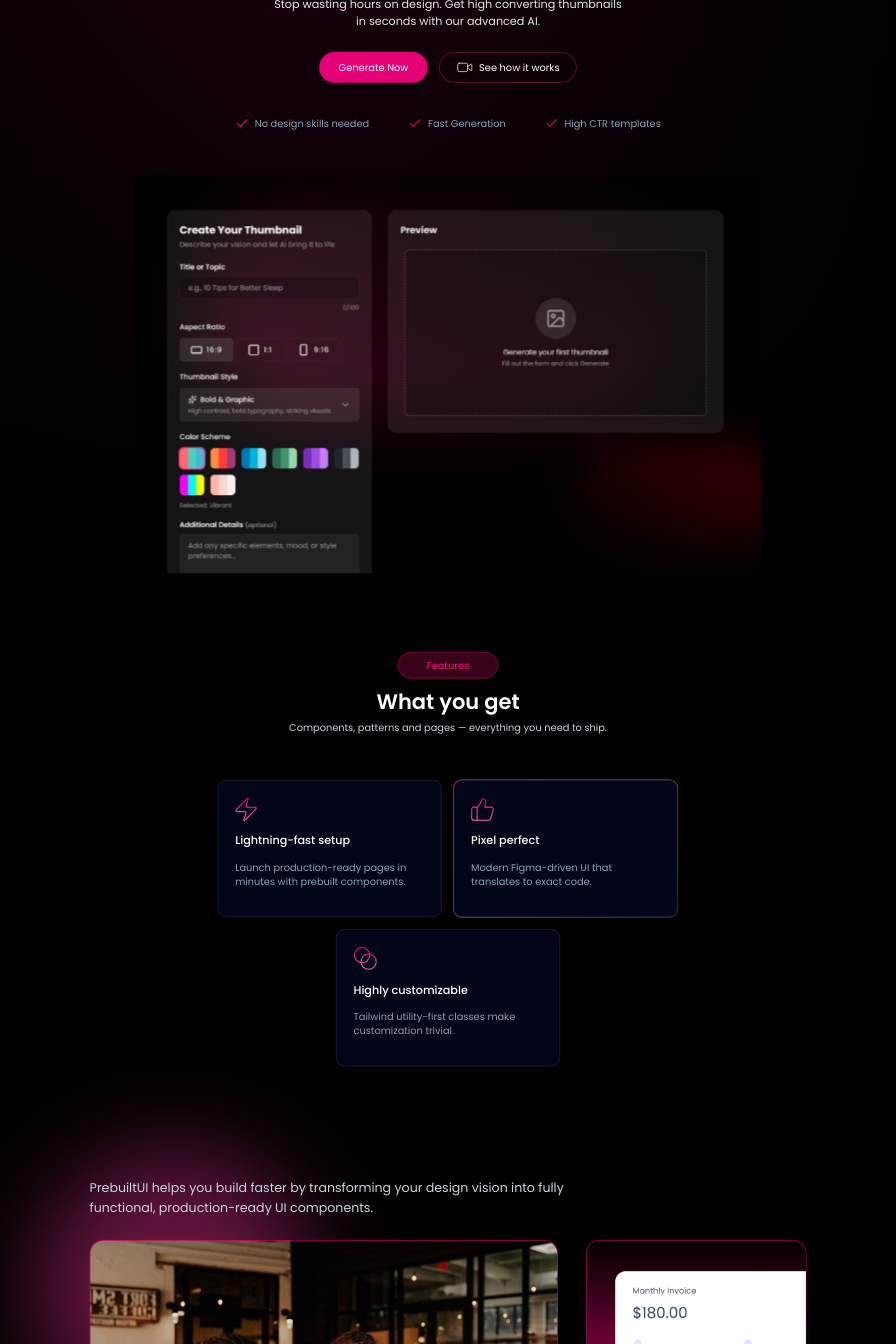
Repository: abhiraj33181/Thumblify
Page: / (app in client/)
These files come from the project's save history. The page is drawn as it stood at one moment and after the next save; the edit follows.
The browser window is 1280 px wide. The pictures show the part of the page from y = 406 to 2326 px (the page is 5447 px tall before and 5450 px after), at 70% of full size.
The project was rebuilt for these pictures with package versions that can differ from the ones it lists, and the page was loaded fresh each time. Also part of the build but not shown: client/vite.config.ts.

Above is the page before, as saved 2026-01-08 09:32:03.

### client/index.html
<!doctype html>
<html lang="en">

<head>
    <meta charset="UTF-8" />
    <link rel="icon" href="/favicon.svg" type="image/x-icon" />
    <meta name="viewport" content="width=device-width, initial-scale=1.0" />
    <title>Thumblify - AI Thumbnail Generator</title>
</head>

<body>
    <div id="root"></div>
    <script type="module" src="/src/main.jsx"></script>
</body>

</html>

### client/src/main.tsx
import { createRoot } from 'react-dom/client'
import App from './App.js'
import { BrowserRouter } from 'react-router-dom'

createRoot(document.getElementById('root')!).render(
    <BrowserRouter>
        <App />
    </BrowserRouter>,
)

### client/src/App.tsx
import { Route, Routes } from "react-router-dom";
import HomePage from "./pages/HomePage";
import Navbar from "./components/Navbar";
import Footer from "./components/Footer";
import "./globals.css";
import LenisScroll from "./components/LenisScroll";

export default function App() {
    return (
        <>
            <LenisScroll />
            <Navbar />
            <Routes>
                <Route path="/" element={<HomePage />} />
            </Routes>
            <Footer />
        </>
    );
}

### client/src/pages/HomePage.tsx
import HeroSection from "../sections/HeroSection";
import FeaturesSection from "../sections/FeaturesSection";
import TestimonialSection from "../sections/TestimonialSection";
import PricingSection from "../sections/PricingSection";
import ContactSection from "../sections/ContactSection";
import CTASection from "../sections/CTASection";

export default function HomePage() {
    return (
        <>
            <HeroSection />
            <FeaturesSection />
            <TestimonialSection />
            <PricingSection />
            <ContactSection />
            <CTASection />
        </>
    );
}

### client/src/components/Navbar.tsx
import { MenuIcon, XIcon } from "lucide-react";
import { useState } from "react";
import { motion } from "motion/react";
import { navlinks } from "../data/navlinks";
import type { INavLink } from "../types";
import { NavLink, Link, useNavigate } from "react-router-dom";

export default function Navbar() {
    const [isOpen, setIsOpen] = useState(false);
    const navigate = useNavigate()

    return (
        <>
            <motion.nav className="fixed top-0 z-50 flex items-center justify-between w-full py-4 px-6 md:px-16 lg:px-24 xl:px-32 backdrop-blur"
                initial={{ y: -100, opacity: 0 }}
                animate={{ y: 0, opacity: 1 }}
                viewport={{ once: true }}
                transition={{ type: "spring", stiffness: 250, damping: 70, mass: 1 }}
            >
                <Link to='/'>
                    <img src='/logo.svg' alt="logo" className="h-8.5 w-auto" />
                </Link>

                <div className="hidden md:flex items-center gap-8 transition duration-500">
                    <Link to='/' className="hover:text-pink-300 transition">Home</Link>
                    <Link to='/generate' className="hover:text-pink-300 transition">Generate</Link>
                    <Link to='/my-generate' className="hover:text-pink-300 transition">My Generation</Link>
                    <Link to='#' className="hover:text-pink-300 transition">Contact</Link>

                </div>

                <button onClick={() => navigate('/login')} className="hidden md:block px-6 py-2.5 bg-pink-600 hover:bg-pink-700 active:scale-95 transition-all rounded-full">
                    Get Started
                </button>
                <button onClick={() => setIsOpen(true)} className="md:hidden">
                    <MenuIcon size={26} className="active:scale-90 transition" />
                </button>
            </motion.nav>

            <div className={`fixed inset-0 z-100 bg-black/40 backdrop-blur flex flex-col items-center justify-center text-lg gap-8 md:hidden transition-transform duration-400 ${isOpen ? "translate-x-0" : "-translate-x-full"}`}>
                    <Link onClick={() => setIsOpen(false)} to='/' >Home</Link>
                    <Link onClick={() => setIsOpen(false)} to='/generate'>Generate</Link>
                    <Link onClick={() => setIsOpen(false)} to='/my-generate'>My Generation</Link>
                    <Link onClick={() => setIsOpen(false)} to='#'>Contact</Link>
                    <Link onClick={() => setIsOpen(false)} to='/login'>Login</Link>
                <button onClick={() => setIsOpen(false)} className="active:ring-3 active:ring-white aspect-square size-10 p-1 items-center justify-center bg-pink-600 hover:bg-pink-700 transition text-white rounded-md flex">
                    <XIcon />
                </button>
            </div>
        </>
    );
}

### client/src/globals.css
@import url('https://fonts.googleapis.com/css2?family=Poppins:ital,wght@0,100;0,200;0,300;0,400;0,500;0,600;0,700;0,800;0,900;1,100;1,200;1,300;1,400;1,500;1,600;1,700;1,800;1,900&display=swap');
@import "tailwindcss";

@theme {
    --font-poppins: "Poppins", sans-serif;
}

body {
    @apply bg-black text-white text-sm antialiased font-poppins;
}

body::selection {
    @apply bg-pink-600 text-white;
}

button {
    @apply cursor-pointer;
}

.move-gradient {
    background-image: linear-gradient(to right, var(--color-pink-500), var(--color-pink-300));
    background-size: 200% 100%;
    animation: movegradient 5s infinite;
}

@keyframes movegradient {
    0% {
        background-position: 0% 50%;
    }
    50% {
        background-position: 100% 50%;
    }
    100% {
        background-position: 0% 50%;
    }
}

### client/src/components/LenisScroll.tsx
import { useEffect } from "react";
import Lenis from "lenis";

export default function LenisScroll() {
    useEffect(() => {
        const lenis = new Lenis({
            duration: 1.2,
            smoothWheel: true,
            anchors: {
                offset: -100,
            },
        });

        const raf = (time: number) => {
            lenis.raf(time);
            requestAnimationFrame(raf);
        };

        requestAnimationFrame(raf);

        return () => {
            lenis.destroy();
        };
    }, []);

    return null;
}

### client/src/sections/TestimonialSection.tsx
import SectionTitle from "../components/SectionTitle";
import TestimonialCard from "../components/TestimonialCard";
import { testimonialsData } from "../data/testimonial";
import type { ITestimonial } from "../types";
import Marquee from "react-fast-marquee";

export default function TestimonialSection() {
    return (
        <div id="testimonials" className="px-4 md:px-16 lg:px-24 xl:px-32">
            <SectionTitle text1="Testimonials" text2="Don't just take our words" text3="Hear what our users say about us. We're always looking for ways to improve. If you have a positive experience with us, leave a review." />

            <Marquee className="max-w-5xl mx-auto mt-11" gradient={true} speed={25} gradientColor="#000">
                <div className="flex items-center justify-center py-5 overflow-hidden">
                    {[...testimonialsData, ...testimonialsData].map((testimonial: ITestimonial, index: number) => (
                        <TestimonialCard key={index} index={index} testimonial={testimonial} />
                    ))}
                </div>
            </Marquee>
            <Marquee className="max-w-5xl mx-auto" gradient={true} speed={25} direction="right" gradientColor="#000">
                <div className="flex items-center justify-center py-5 overflow-hidden">
                    {[...testimonialsData, ...testimonialsData].map((testimonial: ITestimonial, index: number) => (
                        <TestimonialCard key={index} index={index} testimonial={testimonial} />
                    ))}
                </div>
            </Marquee>

        </div>
    );
}

### client/src/sections/PricingSection.tsx
'use client'
import SectionTitle from "../components/SectionTitle"
import { pricingData } from "../data/pricing";
import type { IPricing } from "../types";
import { CheckIcon } from "lucide-react";
import { motion } from "motion/react";

export default function PricingSection() {
    return (
        <div id="pricing" className="px-4 md:px-16 lg:px-24 xl:px-32">
            <SectionTitle text1="Pricing" text2="Our Pricing Plans" text3="Flexible pricing options designed to meet your needs — whether you're just getting started or scaling up." />

            <div className="flex flex-wrap items-center justify-center gap-8 mt-20">
                {pricingData.map((plan: IPricing, index: number) => (
                    <motion.div key={index} className={`w-72 text-center border border-pink-950 p-6 pb-16 rounded-xl ${plan.mostPopular ? 'bg-pink-950 relative' : 'bg-pink-950/30'}`}
                        initial={{ y: 150, opacity: 0 }}
                        whileInView={{ y: 0, opacity: 1 }}
                        viewport={{ once: true }}
                        transition={{ delay: index * 0.15, type: "spring", stiffness: 320, damping: 70, mass: 1 }}
                    >
                        {plan.mostPopular && (
                            <p className="absolute px-3 text-sm -top-3.5 left-3.5 py-1 bg-pink-400 rounded-full">Most Popular</p>
                        )}
                        <p className="font-semibold">{plan.name}</p>
                        <h1 className="text-3xl font-semibold">${plan.price}<span className="text-gray-500 font-normal text-sm">/{plan.period}</span></h1>
                        <ul className="list-none text-slate-300 mt-6 space-y-2">
                            {plan.features.map((feature, index) => (
                                <li key={index} className="flex items-center gap-2">
                                    <CheckIcon className="size-4.5 text-pink-600" />
                                    <p>{feature}</p>
                                </li>
                            ))}
                        </ul>
                        <button type="button" className={`w-full py-2.5 rounded-md font-medium mt-7 transition-all ${plan.mostPopular ? 'bg-white text-pink-600 hover:bg-slate-200' : 'bg-pink-500 hover:bg-pink-600'}`}>
                            Get Started
                        </button>
                    </motion.div>
                ))}
            </div>
        </div>
    );
}

### client/src/sections/CTASection.tsx
'use client'
import { motion } from "motion/react";

export default function CTASection() {
    return (
        <motion.div className="max-w-5xl py-16 mt-40 md:pl-20 md:w-full max-md:mx-4 md:mx-auto flex flex-col md:flex-row max-md:gap-6 items-center justify-between text-left bg-linear-to-b from-pink-900 to-pink-950 rounded-2xl p-6 text-white"
            initial={{ y: 150, opacity: 0 }}
            whileInView={{ y: 0, opacity: 1 }}
            viewport={{ once: true }}
            transition={{ type: "spring", stiffness: 320, damping: 70, mass: 1 }}
        >
            <div>
                <motion.h1 className="text-4xl md:text-[46px] md:leading-15 font-semibold bg-linear-to-r from-white to-pink-400 text-transparent bg-clip-text"
                    initial={{ y: 80, opacity: 0 }}
                    whileInView={{ y: 0, opacity: 1 }}
                    viewport={{ once: true }}
                    transition={{ type: "spring", stiffness: 280, damping: 70, mass: 1 }}
                >
                    Ready to try-out this app?
                </motion.h1>
                <motion.p className="bg-linear-to-r from-white to-pink-400 text-transparent bg-clip-text text-lg"
                    initial={{ y: 80, opacity: 0 }}
                    whileInView={{ y: 0, opacity: 1 }}
                    viewport={{ once: true }}
                    transition={{ type: "spring", stiffness: 200, damping: 70, mass: 1 }}
                >
                    Your next favourite tool is just one click away.
                </motion.p>
            </div>
            <motion.button className="px-12 py-3 text-slate-800 bg-white hover:bg-slate-200 rounded-full text-sm mt-4"
                initial={{ y: 80, opacity: 0 }}
                whileInView={{ y: 0, opacity: 1 }}
                viewport={{ once: true }}
                transition={{ type: "spring", stiffness: 280, damping: 70, mass: 1 }}
            >
                Get Started
            </motion.button>
        </motion.div>
    );
}

### client/src/data/footer.ts
import type { IFooter } from "../types";

export const footerData: IFooter[] = [
    {
        title: "Product",
        links: [
            { name: "Home", href: "#" },
            { name: "Support", href: "#support" },
            { name: "Pricing", href: "#pricing" },
            { name: "Affiliate", href: "#affiliate" },
        ]
    },
    {
        title: "Resources",
        links: [
            { name: "Company", href: "#company" },
            { name: "Blogs", href: "#blogs" },
            { name: "Community", href: "#community" },
            { name: "Careers", href: "#careers" },
            { name: "About", href: "#about" },
        ]
    },
    {
        title: "Legal",
        links: [
            { name: "Privacy", href: "#privacy" },
            { name: "Terms", href: "#terms" },
        ]
    }
];

### client/src/components/TiltImage.tsx
import { useRef, useState } from 'react';
import { motion, useMotionValue, useSpring } from 'motion/react';

const springValues = {
    damping: 30,
    stiffness: 100,
    mass: 2
};

export default function TiltedImage({ rotateAmplitude = 3, }) {
    const ref = useRef<HTMLDivElement>(null);
    const x = useMotionValue(0);
    const y = useMotionValue(0);
    const rotateX = useSpring(useMotionValue(0), springValues);
    const rotateY = useSpring(useMotionValue(0), springValues);
    const rotateFigcaption = useSpring(0, { stiffness: 350, damping: 30, mass: 1 });

    const [lastY, setLastY] = useState(0);

    function handleMouse(e: any) {
        if (!ref.current) return;

        const rect = ref.current.getBoundingClientRect();
        const offsetX = e.clientX - rect.left - rect.width / 2;
        const offsetY = e.clientY - rect.top - rect.height / 2;

        const rotationX = (offsetY / (rect.height / 2)) * -rotateAmplitude;
        const rotationY = (offsetX / (rect.width / 2)) * rotateAmplitude;

        rotateX.set(rotationX);
        rotateY.set(rotationY);

        x.set(e.clientX - rect.left);
        y.set(e.clientY - rect.top);

        const velocityY = offsetY - lastY;
        rotateFigcaption.set(-velocityY * 0.6);
        setLastY(offsetY);
    }

    function handleMouseLeave() {
        rotateX.set(0);
        rotateY.set(0);
        rotateFigcaption.set(0);
    }

    return (
        <motion.figure ref={ref} className="relative w-full h-full perspective-midrange mt-16 max-w-4xl mx-auto flex flex-col items-center justify-center" onMouseMove={handleMouse} onMouseLeave={handleMouseLeave}
            initial={{ y: 150, opacity: 0 }}
            whileInView={{ y: 0, opacity: 1 }}
            viewport={{ once: true }}
            transition={{ type: "spring", stiffness: 320, damping: 70, mass: 1 }}
        >
            <motion.div className="relative transform-3d w-full max-w-4xl" style={{ rotateX, rotateY }} >
                <motion.img src="/hero_img.png"
                    className="w-full rounded-[15px] will-change-transform transform-[translateZ(0)]"
                    alt="hero section showcase"
                />
            </motion.div>
        </motion.figure>
    );
}

### client/src/components/SectionTitle.tsx
import type { SectionTitleProps } from "../types";
import { motion } from "motion/react";

export default function SectionTitle({ text1, text2, text3 }: SectionTitleProps) {
    return (
        <>
            <motion.p className="text-center font-medium text-pink-600 mt-28 px-10 py-2 rounded-full bg-pink-950/70 border border-pink-800 w-max mx-auto"
                initial={{ y: 120, opacity: 0 }}
                whileInView={{ y: 0, opacity: 1 }}
                viewport={{ once: true }}
                transition={{ type: "spring", stiffness: 320, damping: 70, mass: 1 }}
            >
                {text1}
            </motion.p>
            <motion.h3 className="text-3xl font-semibold text-center mx-auto mt-4"
                initial={{ y: 120, opacity: 0 }}
                whileInView={{ y: 0, opacity: 1 }}
                viewport={{ once: true }}
                transition={{ type: "spring", stiffness: 280, damping: 70, mass: 1 }}
            >
                {text2}
            </motion.h3>
            <motion.p className="text-slate-300 text-center mt-2 max-w-xl mx-auto"
                initial={{ y: 120, opacity: 0 }}
                whileInView={{ y: 0, opacity: 1 }}
                viewport={{ once: true }}
                transition={{ type: "spring", stiffness: 240, damping: 70, mass: 1 }}
            >
                {text3}
            </motion.p>
        </>
    );
}

### client/src/components/TestimonialCard.tsx
import { motion } from "motion/react";
import type { TestimonialCardProps } from "../types";

export default function TestimonialCard({ testimonial, index }: TestimonialCardProps) {
    return (
        <motion.div className="p-4 rounded-lg mx-4 w-72 shrink-0 bg-pink-950/30 border border-pink-950"
            initial={{ y: 150, opacity: 0 }}
            whileInView={{ y: 0, opacity: 1 }}
            viewport={{ once: true }}
            transition={{ delay: index * 0.15, type: "spring", stiffness: 320, damping: 70, mass: 1 }}
        >
            <div className="flex gap-2">
                <img className="size-11 rounded-full" src={testimonial.image} alt={testimonial.name} height={50} width={50} />
                <div className="flex flex-col">
                    <div className="flex items-center gap-1">
                        <p>{testimonial.name}</p>
                        <svg className="mt-0.5" width="12" height="12" viewBox="0 0 12 12" fill="none" xmlns="http://www.w3.org/2000/svg">
                            <path fillRule="evenodd" clipRule="evenodd" d="M4.555.72a4 4 0 0 1-.297.24c-.179.12-.38.202-.59.244a4 4 0 0 1-.38.041c-.48.039-.721.058-.922.129a1.63 1.63 0 0 0-.992.992c-.071.2-.09.441-.129.922a4 4 0 0 1-.041.38 1.6 1.6 0 0 1-.245.59 3 3 0 0 1-.239.297c-.313.368-.47.551-.56.743-.213.444-.213.96 0 1.404.09.192.247.375.56.743.125.146.187.219.24.297.12.179.202.38.244.59.018.093.026.189.041.38.039.48.058.721.129.922.163.464.528.829.992.992.2.071.441.09.922.129.191.015.287.023.38.041.21.042.411.125.59.245.078.052.151.114.297.239.368.313.551.47.743.56.444.213.96.213 1.404 0 .192-.09.375-.247.743-.56.146-.125.219-.187.297-.24.179-.12.38-.202.59-.244a4 4 0 0 1 .38-.041c.48-.039.721-.058.922-.129.464-.163.829-.528.992-.992.071-.2.09-.441.129-.922a4 4 0 0 1 .041-.38c.042-.21.125-.411.245-.59.052-.078.114-.151.239-.297.313-.368.47-.551.56-.743.213-.444.213-.96 0-1.404-.09-.192-.247-.375-.56-.743a4 4 0 0 1-.24-.297 1.6 1.6 0 0 1-.244-.59 3 3 0 0 1-.041-.38c-.039-.48-.058-.721-.129-.922a1.63 1.63 0 0 0-.992-.992c-.2-.071-.441-.09-.922-.129a4 4 0 0 1-.38-.041 1.6 1.6 0 0 1-.59-.245A3 3 0 0 1 7.445.72C7.077.407 6.894.25 6.702.16a1.63 1.63 0 0 0-1.404 0c-.192.09-.375.247-.743.56m4.07 3.998a.488.488 0 0 0-.691-.69l-2.91 2.91-.958-.957a.488.488 0 0 0-.69.69l1.302 1.302c.19.191.5.191.69 0z" fill="#2196F3" />
                        </svg>
                    </div>
                    <span className="text-xs text-slate-500">{testimonial.handle}</span>
                </div>
            </div>
            <p className="text-sm pt-4 text-slate-500 line-clamp-2">
                {testimonial.quote}
            </p>
        </motion.div>
    );
}

### client/src/data/testimonial.ts
import type { ITestimonial } from "../types";

export const testimonialsData: ITestimonial[] = [
    {
        image: 'https://images.unsplash.com/photo-1633332755192-727a05c4013d?q=80&w=200',
        name: 'Sophia Carter',
        handle: '@sophiacodes',
        date: 'February 14, 2025',
        quote: 'This SaaS app has completely streamlined our onboarding process. What used to take hours now takes minutes!',
    },
    {
        image: 'https://images.unsplash.com/photo-1535713875002-d1d0cf377fde?q=80&w=200',
        name: 'Ethan Walker',
        handle: '@ethanwrites',
        date: 'March 3, 2025',
        quote: 'We’ve tried several tools, but nothing comes close in terms of speed and simplicity. Absolute game-changer.',
    },
    {
        image: 'https://images.unsplash.com/photo-1527980965255-d3b416303d12?w=200&auto=format&fit=crop&q=60',
        name: 'Maya Patel',
        handle: '@mayapatel',
        date: 'April 22, 2025',
        quote: 'The automation features alone have saved our team countless hours every week. Worth every penny.',
    },
    {
        image: 'https://images.unsplash.com/photo-1522075469751-3a6694fb2f61?w=200&auto=format&fit=crop&q=60',
        name: 'Liam Brooks',
        handle: '@liambrooks',
        date: 'May 18, 2025',
        quote: 'Setup was ridiculously easy. Within 10 minutes, we were running live and onboarding our first customers.',
    },
];

### client/src/data/pricing.ts
import type { IPricing } from "../types";

export const pricingData: IPricing[] = [
    {
        name: "Basic",
        price: 29,
        period: "month",
        features: [
            "Access to all basic courses",
            "Community support",
            "10 practice projects",
            "Course completion certificate",
            "Basic code review"
        ],
        mostPopular: false
    },
    {
        name: "Pro",
        price: 79,
        period: "month",
        features: [
            "Access to all Pro courses",
            "Priority community support",
            "30 practice projects",
            "Course completion certificate",
            "Advance code review",
            "1-on-1 mentoring sessions",
            "Job assistance"
        ],
        mostPopular: true
    },
    {
        name: "Enterprise",
        price: 199,
        period: "month",
        features: [
            "Access to all courses",
            "Dedicated support",
            "Unlimited projects",
            "Course completion certificate",
            "Premium code review"
        ],
        mostPopular: false
    }
];

Loaded but not shown: client/src/sections/FeaturesSection.tsx (69 lines, source omitted); client/src/sections/HeroSection.tsx (79 lines, source omitted); client/src/components/Footer.tsx (59 lines, source omitted); client/src/sections/ContactSection.tsx (59 lines, source omitted); client/src/data/features.tsx (19 lines, source omitted)

After the next save:
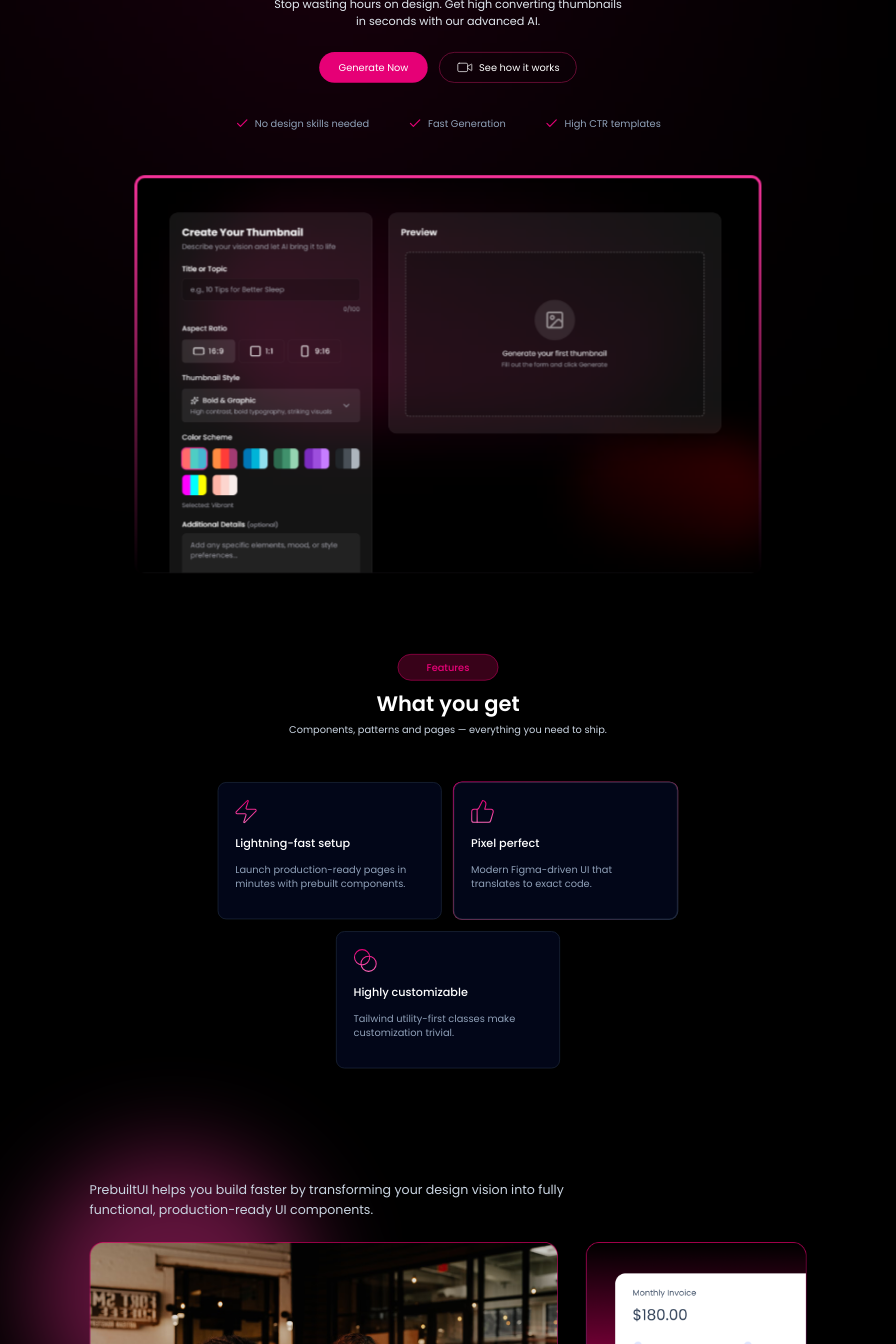
Saved 58 s later.
--- a/client/src/components/TiltImage.tsx
+++ b/client/src/components/TiltImage.tsx
@@ -53,7 +53,7 @@ export default function TiltedImage({ rotateAmplitude = 3, }) {
         >
             <motion.div className="relative transform-3d w-full max-w-4xl" style={{ rotateX, rotateY }} >
                 <motion.img src="/hero_img.png"
-                    className="w-full rounded-[15px] will-change-transform transform-[translateZ(0)]"
+                    className="borderb bg-linear-180 from-pink-500 to transparent p-1 w-full rounded-[15px] will-change-transform transform-[translateZ(0)]"
                     alt="hero section showcase"
                 />
             </motion.div>
